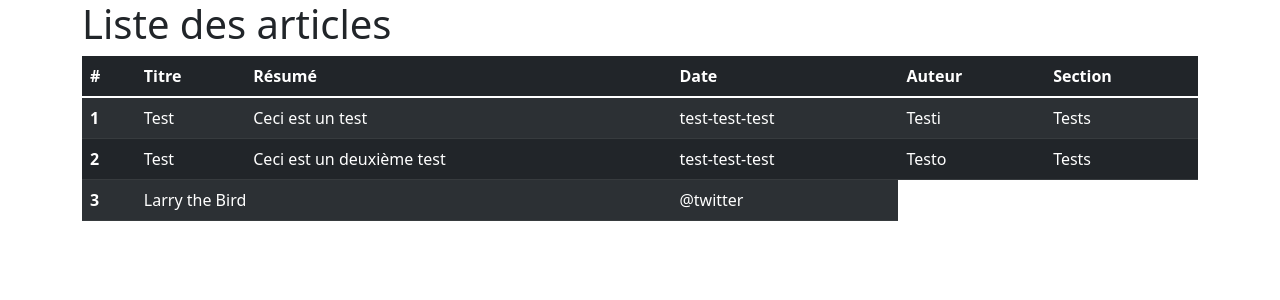
Repository: QuentinFayt/NewsWeb
Page: sources/adminNewsWeb/articlesList.html
An editor plug-in stored every save of this project. The page is shown before and after the next save, followed by the edit.
The browser window is 1280 px wide. The pictures show the whole page.

Above is the page before, as saved 2021-12-23 11:54:06.

After the next save:
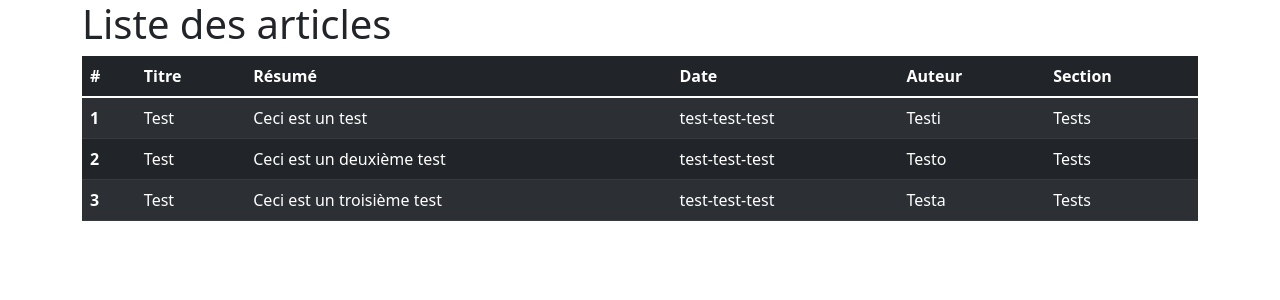
Saved 13 s later.
--- a/sources/adminNewsWeb/articlesList.html
+++ b/sources/adminNewsWeb/articlesList.html
@@ -41,8 +41,11 @@
                 </tr>
                 <tr>
                     <th scope="row">3</th>
-                    <td colspan="2">Larry the Bird</td>
-                    <td>@twitter</td>
+                    <td>Test</td>
+                    <td>Ceci est un troisième test</td>
+                    <td>test-test-test</td>
+                    <td>Testa</td>
+                    <td>Tests</td>
                 </tr>
             </tbody>
         </table>
